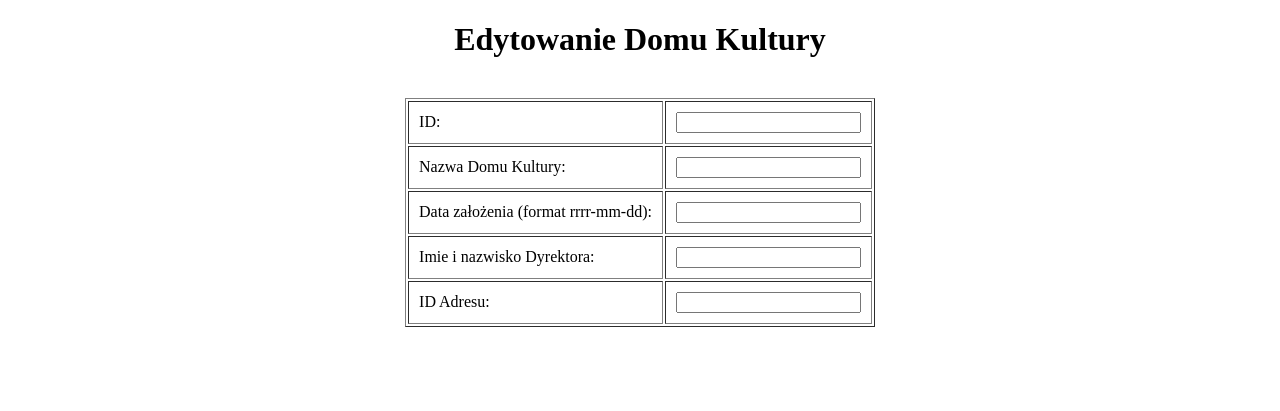
Repository: marcinRuta/houseOfCulture-crud-webapp-database
Page: http://localhost/edit_form_domy
The author's editor kept a copy of each file at every save. The page is drawn from the files as they stood at one save, then again after the next save.
The browser window is 1280 px wide. The pictures show the whole page.
The page is this project's Thymeleaf template; nobody is signed in. The template is opened directly, without the code that normally fills it, so the values that code supplies are empty.

Above is the page before, as saved 2021-01-07 12:15:19.

After the next save:
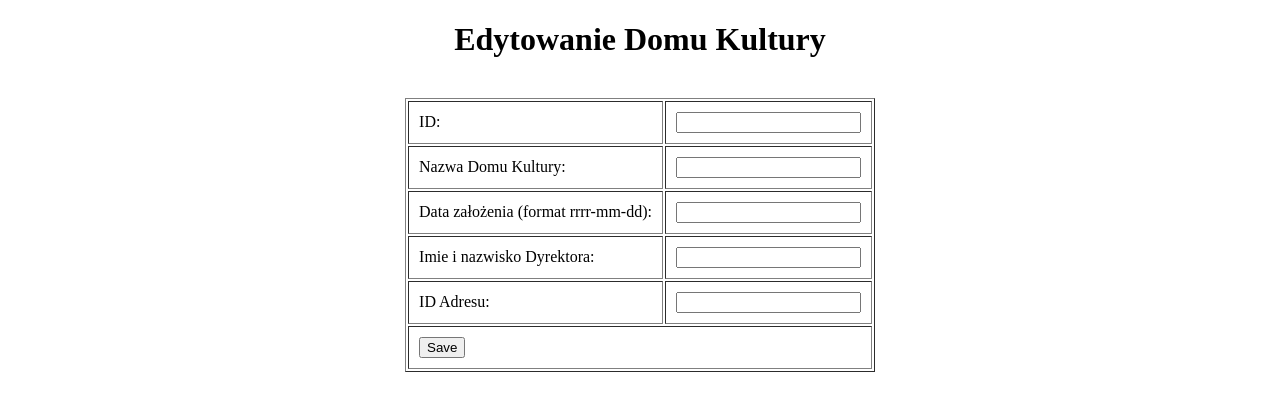
Saved 87 s later.
--- a/DomKultury/src/main/resources/templates/edit_form_domy.html
+++ b/DomKultury/src/main/resources/templates/edit_form_domy.html
@@ -49,6 +49,12 @@
 
 				</tr>
 
+				<!--  Button for save -->
+				<tr>
+				<td colspan="2"><button type="submit">Save</button>
+				</td>
+				</tr>
+
 			</table>
 		</form>
 
